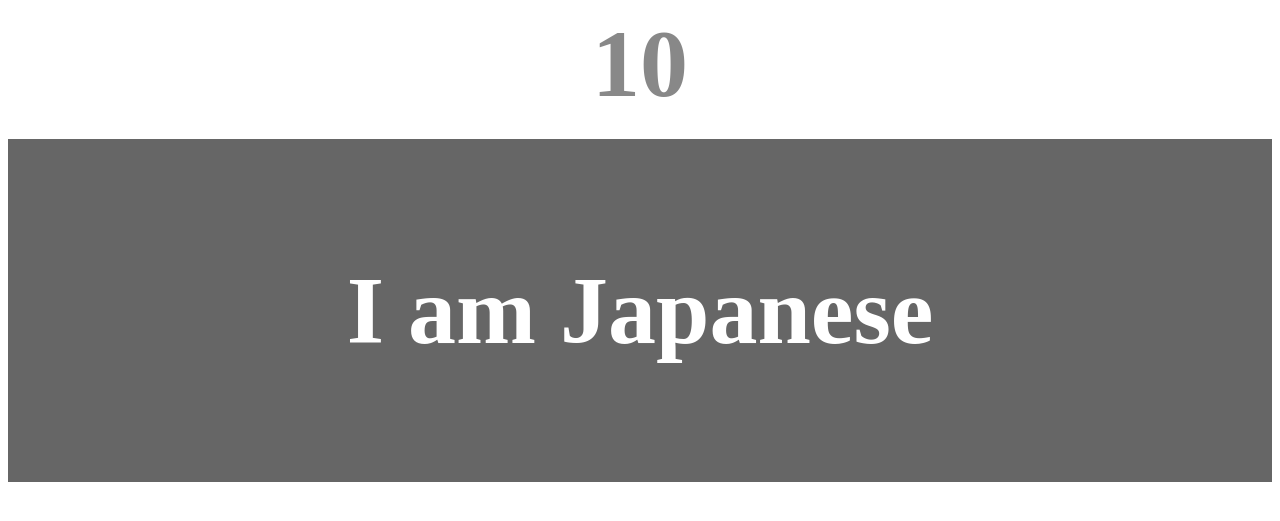
Repository: BenBen-san/Typing-Game
Page: 2nd_Trial/typing_app2.html
The author's editor kept a record of every edit. The page is drawn from the files as they stood at one moment, then again after the next edit.
The browser window is 1280 px wide. The pictures show the whole page.
After loading, the first visible `#start` was clicked once.

Above is the page before.

After the next edit:
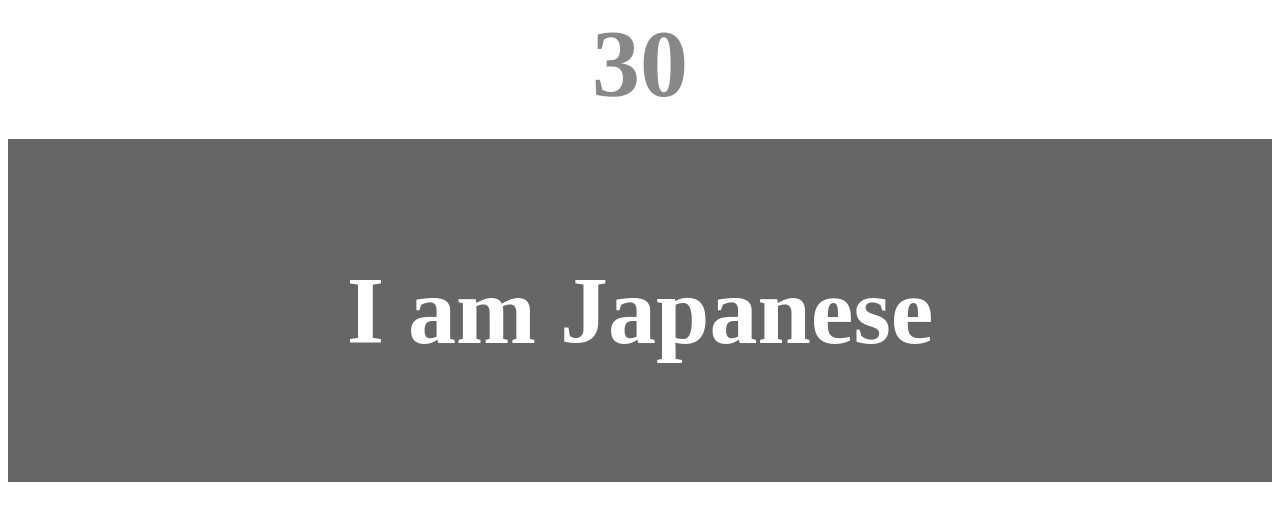
The edit:
--- a/2nd_Trial/typing_app2.html
+++ b/2nd_Trial/typing_app2.html
@@ -147,7 +147,7 @@
 
     const timer = () => {
 
-        let time = 10
+        let time = 30
 
         const count = document.getElementById('count');
 
